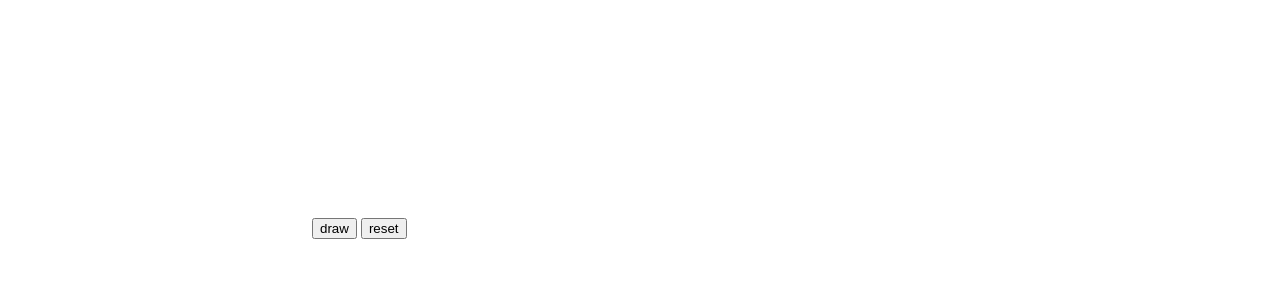
Repository: randgars/game
Page: index.html
The author's editor kept a copy of each file at every save. The page is drawn from the files as they stood at one save, then again after the next save.
The browser window is 1280 px wide. The pictures show the whole page.
After loading, the first visible `button` was clicked once.

Above is the page before, as saved 2017-09-28 10:37:44.

After the next save:
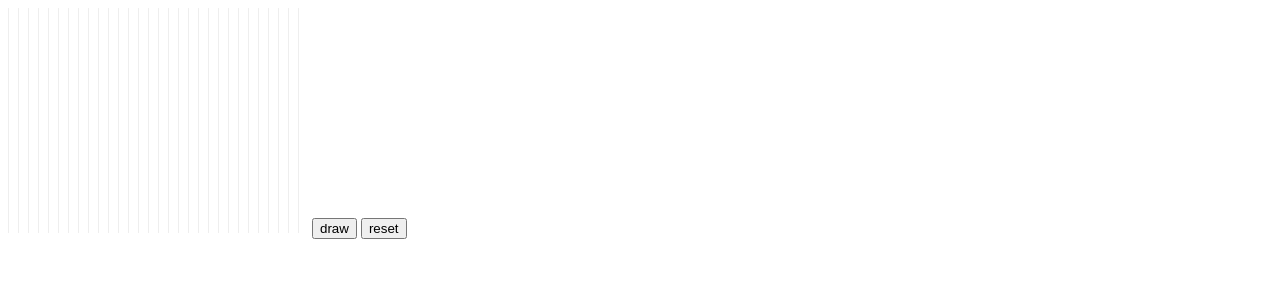
Saved 10 s later.
--- a/index.html
+++ b/index.html
@@ -18,8 +18,8 @@
                 context.moveTo(x, 0);
                 context.lineTo(x, 375);
             }
-            // context.strokeStyle = "#eee";
-            // context.stroke();
+            context.strokeStyle = "#eee";
+            context.stroke();
         };
         function reset_b() {
             var canvas = document.getElementById("b");
